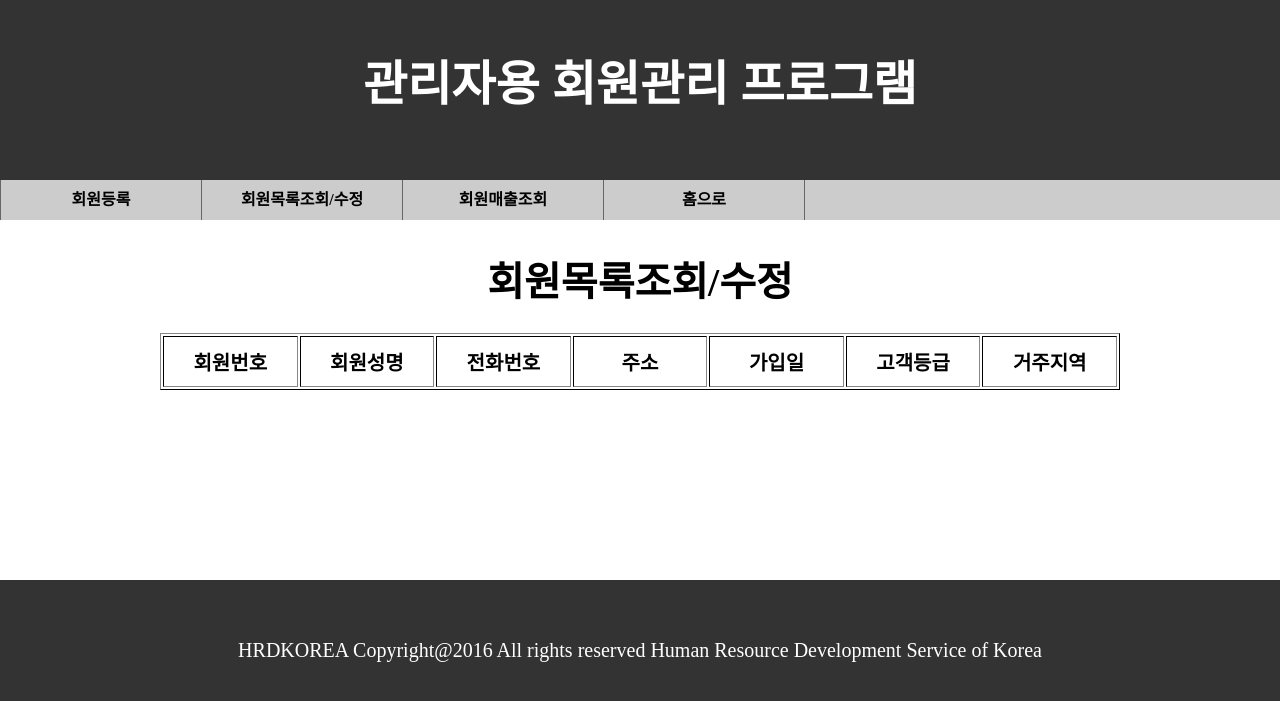
Repository: jsky1234/NCS
Page: http://localhost/HRD_1/memberList.jsp
These files come from the project's save history. The page is drawn as it stood at one moment and after the next save; the edit follows.
The browser window is 1280 px wide. The pictures show the whole page.
The page is served by Tomcat 9. Queries for data that is not in the repository find no rows.

Above is the page before, as saved 2020-11-11 06:01:58.

After the next save:
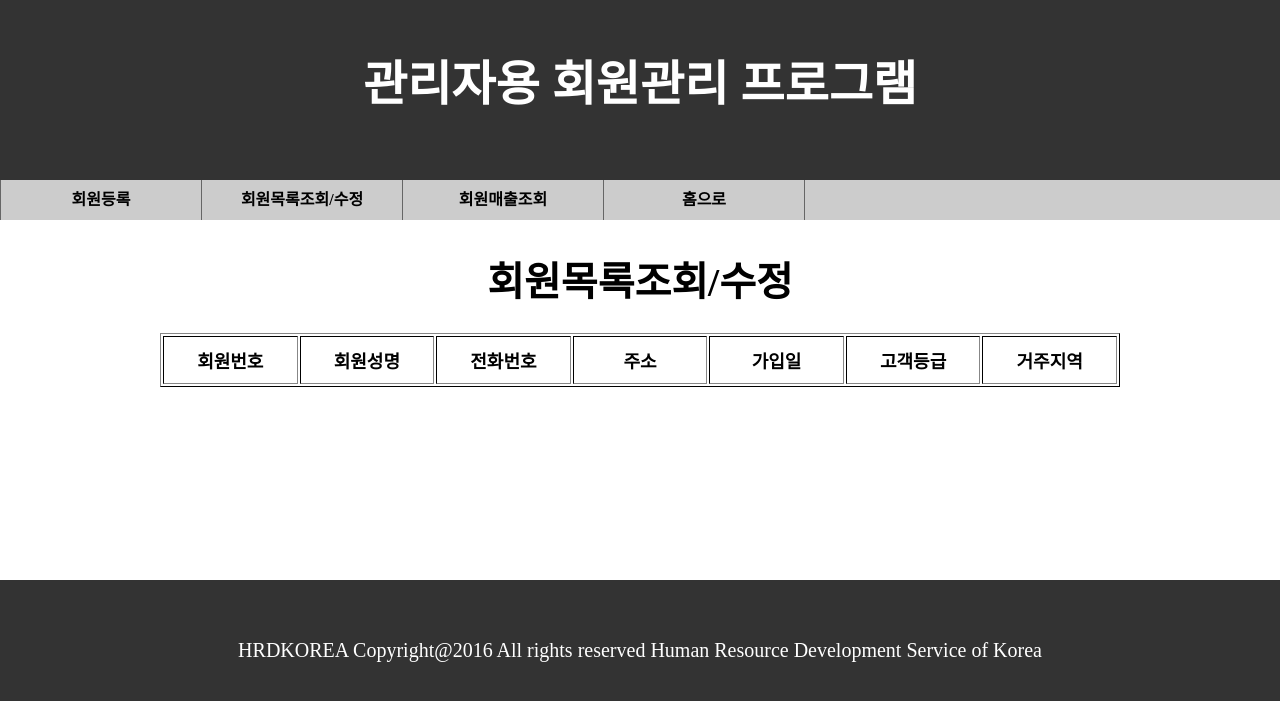
Saved 112 s later.
--- a/ncs1/HRD_1/WebContent/css/table.css
+++ b/ncs1/HRD_1/WebContent/css/table.css
@@ -5,4 +5,4 @@
 .tb { display: table; border: 1; border-color: #333; width: 960px; text-align: center;}
 .tb tr { display: table-row; }
 .tb td, .tb th { display: table-cell; padding: 10px; }
-.tb th { width: 480px; }
+.tb th { width: 480px; font-size: 18px;}
